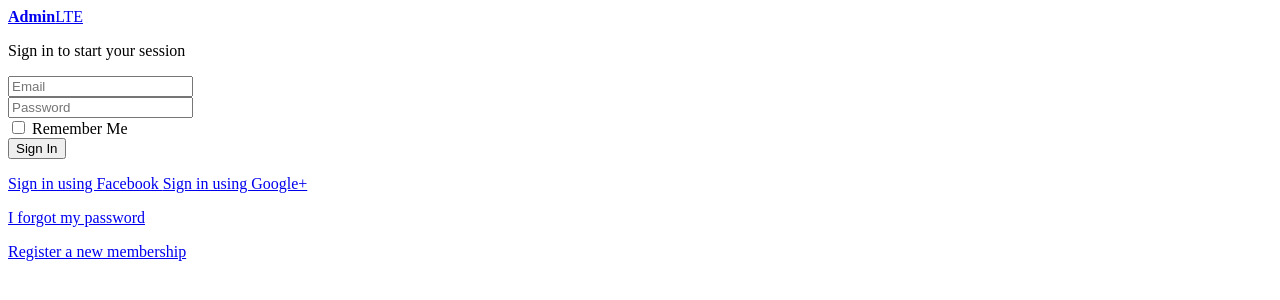
Repository: gw9955/eGov
Page: http://localhost/egovProj/WEB-INF/views/security/loginForm.jsp
These files come from the project's save history. The page is drawn as it stood at one moment and after the next save; the edit follows.
The browser window is 1280 px wide. The pictures show the whole page.
The page is served by Tomcat 9. Nobody is signed in. Other server files are loaded and not shown. The template is opened directly, without the code that normally fills it, so the values that code supplies are empty.

Above is the page before, as saved 2022-11-21 01:49:43.

### egovProj/src/main/webapp/WEB-INF/views/security/loginForm.jsp
<%@ page language="java" contentType="text/html; charset=UTF-8"%>
<%@ taglib prefix="c" uri="http://java.sun.com/jsp/jstl/core"%>
<%@ taglib prefix="form" uri="http://www.springframework.org/tags/form"%>
<%@ taglib prefix="sec"	uri="http://www.springframework.org/security/tags"%>
<div class="login-box">

	<div class="card card-outline card-primary">
		<div class="card-header text-center">
			<a href="../../index2.html" class="h1"><b>Admin</b>LTE</a>
		</div>
		<div class="card-body">
			<p class="login-box-msg">Sign in to start your session</p>
			<form action="../../index3.html" method="post">
				<div class="input-group mb-3">
					<input type="email" class="form-control" placeholder="Email">
					<div class="input-group-append">
						<div class="input-group-text">
							<span class="fas fa-envelope"></span>
						</div>
					</div>
				</div>
				<div class="input-group mb-3">
					<input type="password" class="form-control" placeholder="Password">
					<div class="input-group-append">
						<div class="input-group-text">
							<span class="fas fa-lock"></span>
						</div>
					</div>
				</div>
				<div class="row">
					<div class="col-8">
						<div class="icheck-primary">
							<input type="checkbox" id="remember"> <label
								for="remember"> Remember Me </label>
						</div>
					</div>

					<div class="col-4">
						<button type="submit" class="btn btn-primary btn-block">Sign
							In</button>
					</div>

				</div>
			</form>
			<div class="social-auth-links text-center mt-2 mb-3">
				<a href="#" class="btn btn-block btn-primary"> <i
					class="fab fa-facebook mr-2"></i> Sign in using Facebook
				</a> <a href="#" class="btn btn-block btn-danger"> <i
					class="fab fa-google-plus mr-2"></i> Sign in using Google+
				</a>
			</div>

			<p class="mb-1">
				<a href="forgot-password.html">I forgot my password</a>
			</p>
			<p class="mb-0">
				<a href="register.html" class="text-center">Register a new
					membership</a>
			</p>
		</div>

	</div>

</div>

After the next save:
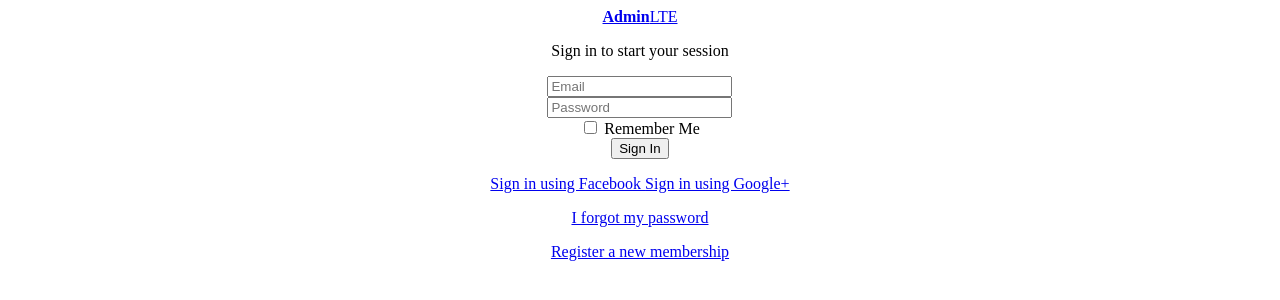
Saved 45 min 42 s later.
--- a/egovProj/src/main/webapp/WEB-INF/views/security/loginForm.jsp
+++ b/egovProj/src/main/webapp/WEB-INF/views/security/loginForm.jsp
@@ -2,7 +2,8 @@
 <%@ taglib prefix="c" uri="http://java.sun.com/jsp/jstl/core"%>
 <%@ taglib prefix="form" uri="http://www.springframework.org/tags/form"%>
 <%@ taglib prefix="sec"	uri="http://www.springframework.org/security/tags"%>
-<div class="login-box">
+<div style="text-align:center;justify-content:center;display:flex;">
+<div class="login-box" style="text-align:center;justify-content:center;">
 
 	<div class="card card-outline card-primary">
 		<div class="card-header text-center">
@@ -62,3 +63,4 @@
 	</div>
 
 </div>
+</div>
